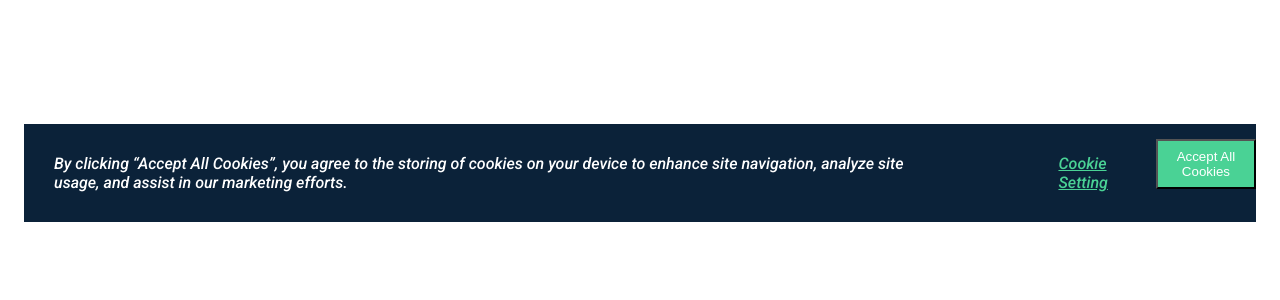
Repository: batonAnton/cursor_cookies_lectr3
Page: index.html
The author's editor kept a copy of each file at every save. The page is drawn from the files as they stood at one save, then again after the next save.
The browser window is 1280 px wide. The pictures show the whole page.

Above is the page before, as saved 2022-06-01 10:45:31.

### index.html
<!DOCTYPE html>
<html lang="en">
<head>
    <meta charset="UTF-8">
    <meta http-equiv="X-UA-Compatible" content="IE=edge">
    <meta name="viewport" content="width=device-width, initial-scale=1.0">
    <link rel="preconnect" href="https://fonts.googleapis.com">
    <link rel="preconnect" href="https://fonts.gstatic.com" crossorigin>
    <link href="https://fonts.googleapis.com/css2?family=Roboto:ital,wght@1,500&display=swap" rel="stylesheet">
    <link rel="stylesheet" href="/css/style.css">
    <title>Cookie Banner</title>
</head>
<body>
    <div class="container">
        <div class="banner_1">
            <p>By clicking “Accept All Cookies”, you agree to the storing of cookies on your device to enhance site navigation, analyze site usage, and assist in our marketing efforts.</p>

            <a href="#">cookie setting</a>

            <button>accept all cookies</button>
        </div>
    </div>
</body>
</html>

### css/style.css
body {
  margin: 124px 24px;
  font-family: 'Roboto', sans-serif;
}
p {
  font-size: 1rem;
}

.banner_1 {
  width: 100%;
  /* height: 72px; */
  display: inline-flex;
  background-color: #0b2239;
}

.banner_1 p {
  color: #ffffff;
  margin: 30px;
}

.banner_1 a{
    color: #4AD295;
    margin-left: 100px;
    margin-top: 30px;
    text-transform: capitalize;
}

.banner_1 button {
  color: #ffffff;
  background-color: #4ad295;
  margin-top: 15px;
  margin-left: 20px;
  height: 50px;
  text-transform: capitalize;

}

After the next save:
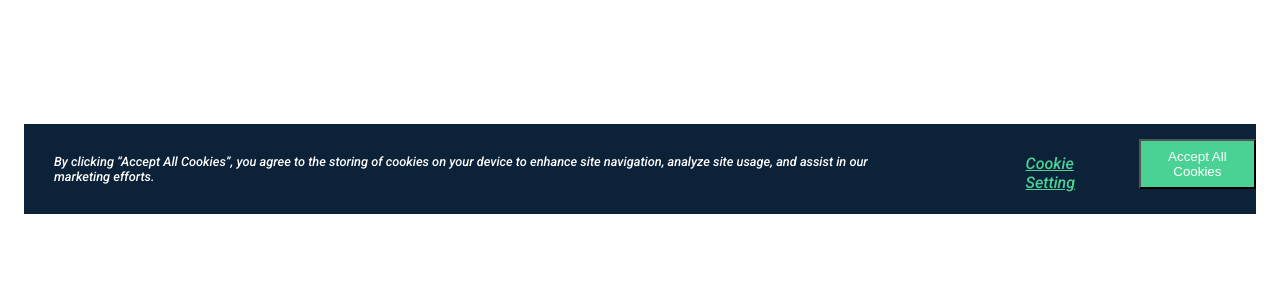
Saved 7 min 15 s later.
--- a/css/style.css
+++ b/css/style.css
@@ -3,7 +3,7 @@ body {
   font-family: 'Roboto', sans-serif;
 }
 p {
-  font-size: 1rem;
+  font-size: 0.8rem;
 }
 
 .banner_1 {
